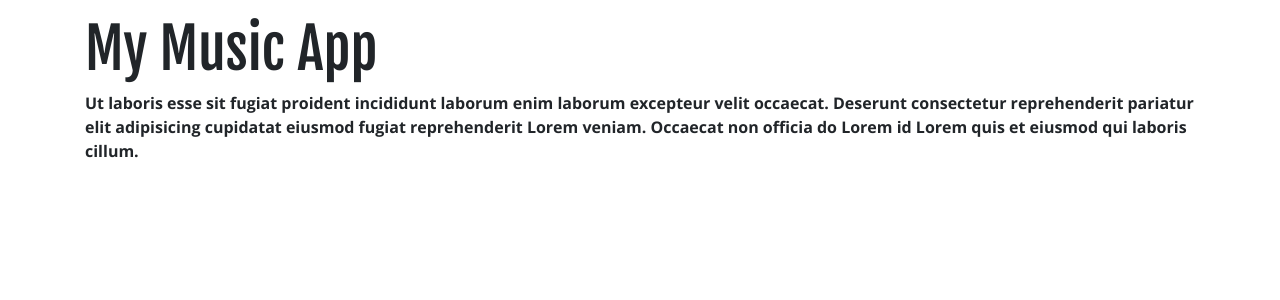
Repository: tanviredu/Data
Page: / (app in 28_vue_with_apis/vue-apis/)
An editor plug-in stored every save of this project. The page is shown before and after the next save, followed by the edit.
The browser window is 1280 px wide. The pictures show the whole page.
The project was rebuilt for these pictures with package versions that can differ from the ones it lists, and the page was loaded fresh each time.

Above is the page before, as saved 2020-07-13 08:33:06.

### 28_vue_with_apis/vue-apis/public/index.html
<!DOCTYPE html>
<html lang="en">
  <head>
    <meta charset="utf-8" />
    <meta http-equiv="X-UA-Compatible" content="IE=edge" />
    <meta name="viewport" content="width=device-width,initial-scale=1.0" />
    <link rel="icon" href="<%= BASE_URL %>favicon.ico" />
    <link
      href="https://fonts.googleapis.com/css2?family=Fjalla+One&family=Open+Sans:wght@700&display=swap"
      rel="stylesheet"
    />
    <title><%= htmlWebpackPlugin.options.title %></title>
  </head>
  <body>
    <noscript>
      <strong
        >We're sorry but <%= htmlWebpackPlugin.options.title %> doesn't work
        properly without JavaScript enabled. Please enable it to
        continue.</strong
      >
    </noscript>
    <div id="app"></div>
    <!-- built files will be auto injected -->
  </body>
</html>

### 28_vue_with_apis/vue-apis/src/main.js
import Vue from "vue";
import App from "./App.vue";

Vue.config.productionTip = false;

import "bootstrap";

import "../node_modules/bootstrap/dist/css/bootstrap.css";
import { library } from "@fortawesome/fontawesome-svg-core";
import {
  faPlus,
  faMinus,
  faTrash,
  faCheck,
  faPlay,
  faPause,
} from "@fortawesome/free-solid-svg-icons";
library.add(faPlus, faMinus, faTrash, faCheck, faPlay, faPause);

new Vue({
  render: (h) => h(App),
}).$mount("#app");

### 28_vue_with_apis/vue-apis/src/App.vue
<template>
  <div id="app" class="container">
    <div class="mt-3">
      <h1 class="display-4" style="font-family: 'Fjalla One'">{{name}}</h1>
    </div>
    <div style="font-family: 'Open Sans', sans-serif;">{{description}}</div>
    <font-awesome-icon />
  </div>
</template>

<script>
import { FontAwesomeIcon } from "@fortawesome/vue-fontawesome";

export default {
  name: "App",
  data() {
    return {
      name: " My Music App",
      description:
        "Ut laboris esse sit fugiat proident incididunt laborum enim laborum excepteur velit occaecat. Deserunt consectetur reprehenderit pariatur elit adipisicing cupidatat eiusmod fugiat reprehenderit Lorem veniam. Occaecat non officia do Lorem id Lorem quis et eiusmod qui laboris cillum."
    };
  },
  components: {
    FontAwesomeIcon
  }
};
</script>

<style>
</style>

After the next save:
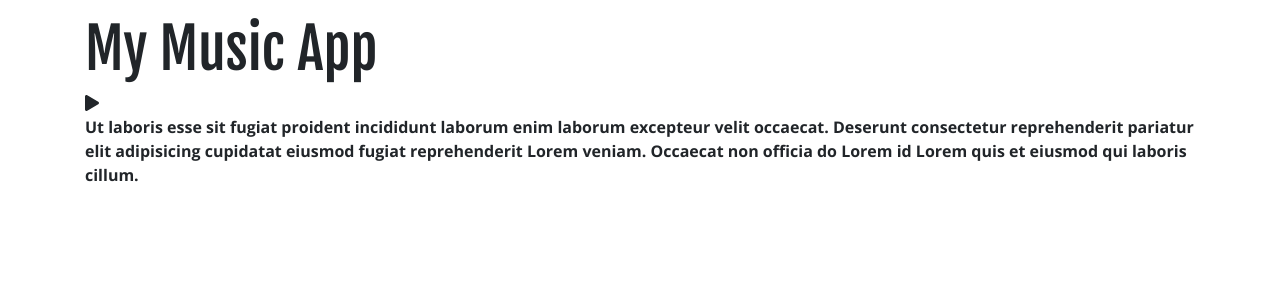
Saved 34 s later.
--- a/28_vue_with_apis/vue-apis/src/App.vue
+++ b/28_vue_with_apis/vue-apis/src/App.vue
@@ -3,8 +3,8 @@
     <div class="mt-3">
       <h1 class="display-4" style="font-family: 'Fjalla One'">{{name}}</h1>
     </div>
+    <font-awesome-icon icon="play" />
     <div style="font-family: 'Open Sans', sans-serif;">{{description}}</div>
-    <font-awesome-icon />
   </div>
 </template>
 
